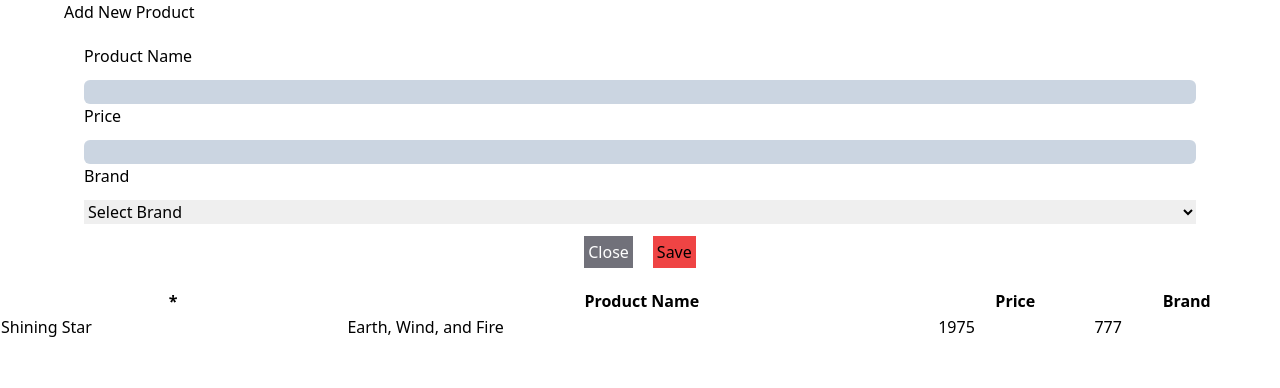
Repository: Semanmernstack/next-13-prisma-crud
Page: /product
These files come from the project's save history. The page is drawn as it stood at one moment and after the next save; the edit follows.
The browser window is 1280 px wide. The pictures show the whole page.
The project was rebuilt for these pictures with package versions that can differ from the ones it lists, and the page was loaded fresh each time. The framework's server and built-in components were replaced by stand-ins that run in the browser. Also part of the build but not shown: next.config.js.

Above is the page before, as saved 2023-06-01 01:12:30.

### app/layout.tsx
import './globals.css'
import { Inter } from 'next/font/google'



export const metadata = {
  title: 'Create Next App',
  description: 'Generated by create next app',
}

export default function RootLayout({
  children,
}: {
  children: React.ReactNode
}) {
  return (
    <html lang="en">
      <body className="">{children}</body>
    </html>
  )
}

### app/product/page.tsx
import React from 'react'
import AddPrisma from '../components/AddPrisma'

function page() {
  return (
    <div>
        <AddPrisma/>
        <table className="table w-full items-center">
        <thead>
          <tr className="items-center">
            <th>*</th>
            <th>Product Name</th>
            <th>Price</th>
            <th>Brand</th>
          </tr>
        </thead>
        <tbody>

          <tr>
            <td>Shining Star</td>
            <td>Earth, Wind, and Fire</td>
            <td>1975</td>
            <td>777</td>
          </tr>
        </tbody>
      </table>



    </div>
  )
}

export default page

### app/components/AddPrisma.tsx
"use client"
import React, { useState } from 'react'

function AddPrisma() {
    const [product, setProduct] = useState("");
    const [price, setPrice] = useState("")
    const [brand, setBrand] = useState("")
    const [open, setOpen] = useState(true)

    const handleOpen = () => {
        setOpen(false)
    }
  return (
    <div className=' mx-auto max-w-6xl'>
        <button onClick={handleOpen}>Add New Product</button>
        <form className=" flex flex-col    decoration-slate-400 p-5 z-50" >
            <div className='flex flex-col space-y-3 w-full'>
                <label>Product Name</label>
                <input className='w-full bg-slate-300 rounded-md outline-none' type="text" value={product} onChange={(e) => setProduct(e.target.value)} />
            </div>
            <div className='flex flex-col space-y-3 w-full'>
                <label >Price</label>
                <input className='w-ful bg-slate-300 rounded-md outline-none' type="text" value={price} onChange={(e) => setPrice(e.target.value)} />
            </div>
            <div className='flex flex-col  space-y-3 w-full'  >
                <label>Brand</label>
                <select className="outline-none hover:bg-blue-100" value={brand} onChange={(e) => setBrand(e.target.value)} >
                    <option className='outline-none hover:bg-blue-400' value="" disabled> Select Brand </option>
                    <option className='hover:bg-blue-900' value="">Brand 2</option>
                </select>
            </div>
            <div className='flex space-x-5 items-center justify-center mt-3'>
                <button type="button" className='bg-zinc-500 p-1 text-white' >Close</button>
                <button type="submit" className="bg-red-500 p-1"  >Save</button>
            </div>



        </form>
    </div>

  )
}

export default AddPrisma

Loaded but not shown: app/globals.css (common file); tailwind.config.js (common file)

After the next save:
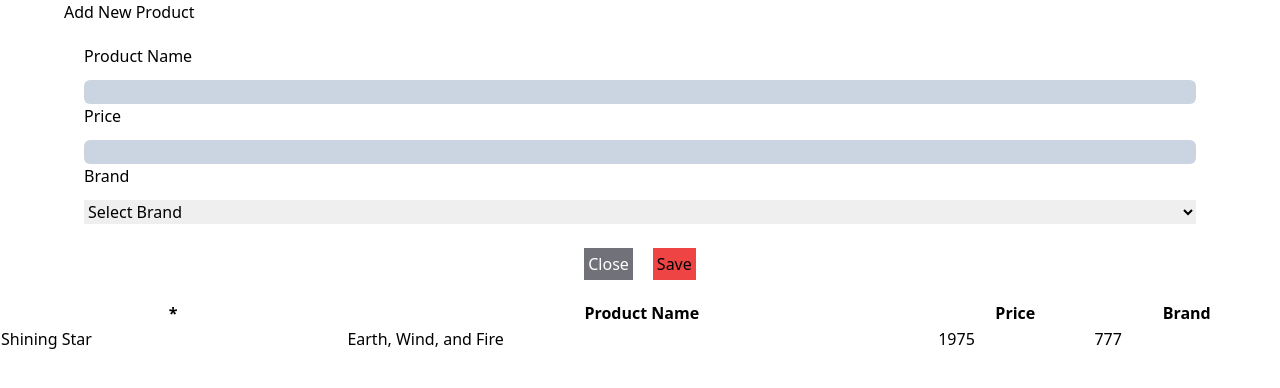
Saved 87 s later.
--- a/app/components/AddPrisma.tsx
+++ b/app/components/AddPrisma.tsx
@@ -29,7 +29,7 @@
                     <option className='hover:bg-blue-900' value="">Brand 2</option>
                 </select>
             </div>
-            <div className='flex space-x-5 items-center justify-center mt-3'>
+            <div className='flex space-x-5 items-center justify-center mt-6'>
                 <button type="button" className='bg-zinc-500 p-1 text-white' >Close</button>
                 <button type="submit" className="bg-red-500 p-1"  >Save</button>
             </div>
